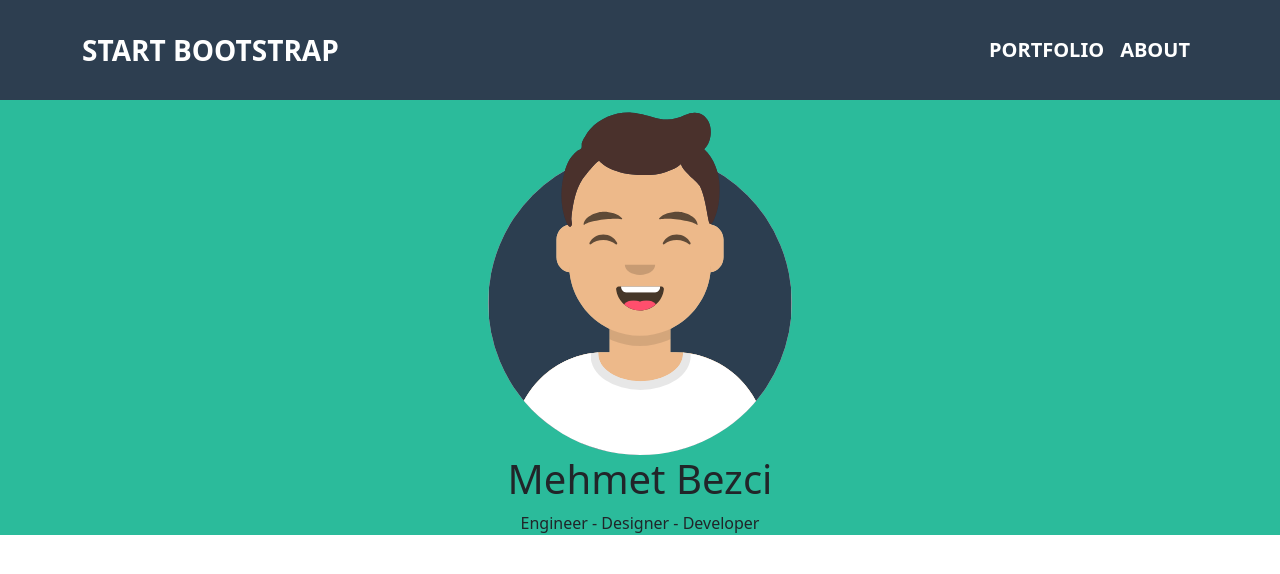
Repository: 7JaxeN7/WT-1255P-Mehmet_BEZC-
Page: index.html
These files come from the project's save history. The page is drawn as it stood at one moment and after a run of saves; the edit follows.
The browser window is 1280 px wide. The pictures show the whole page.

Above is the page before, as saved 2025-01-06 21:07:10.

### index.html
<!DOCTYPE html>
<html lang="tr">

<head>
  <meta charset="UTF-8">
  <meta name="viewport" content="width=device-width, initial-scale=1.0">
  <link rel="stylesheet" href="style.css">
  <link href="https://cdn.jsdelivr.net/npm/bootstrap@5.3.3/dist/css/bootstrap.min.css" rel="stylesheet"
    integrity="sha384-QWTKZyjpPEjISv5WaRU9OFeRpok6YctnYmDr5pNlyT2bRjXh0JMhjY6hW+ALEwIH" crossorigin="anonymous">
  <title>Start Bootstrap</title>
</head>

<body>
  <!-- Navbar -->
  <header>
    <nav class="navbar navbar-expand-lg navbar-bg">
      <div class="container pt-3 pb-3">
        <a class="navbar-brand text-white fw-bolder fs-3" href="#">START BOOTSTRAP</a>
        <button class="navbar-toggler" type="button" data-bs-toggle="collapse" data-bs-target="#navbarNav"
          aria-controls="navbarNav" aria-expanded="false" aria-label="Toggle navigation">
          <span class="navbar-toggler-icon"></span>
        </button>
        <div class="collapse navbar-collapse" id="navbarNav">
          <ul class="navbar-nav ms-auto">
            <li class="nav-item">
              <a class="nav-link text-white fw-bolder fs-5" href="#">PORTFOLIO</a>
            </li>
            <li class="nav-item">
              <a class="nav-link text-white fw-bolder fs-5" href="#">ABOUT</a>
            </li>
          </ul>
        </div>
      </div>
    </nav>
  </header>
  <!-- Herosection -->
   <div class="herosection-bg">
    <div class="container text-center">
      <img src="/assets/img/avataaars.svg" width="30%"/>
    <h1>Mehmet Bezci</h1>
    <p>Engineer - Designer - Developer</p>
    </div>
   </div>
  <!-- Burası bootstrap script kısmı -->
  <script src="https://cdn.jsdelivr.net/npm/bootstrap@5.3.3/dist/js/bootstrap.bundle.min.js"
    integrity="sha384-YvpcrYf0tY3lHB60NNkmXc5s9fDVZLESaAA55NDzOxhy9GkcIdslK1eN7N6jIeHz"
    crossorigin="anonymous"></script>
</body>

</html>

### style.css
.navbar-bg {
  background-color: #2d3e50 !important;
}
.herosection-bg{
    background-color: #2bbb9b ;
}

After the next 2 saves:
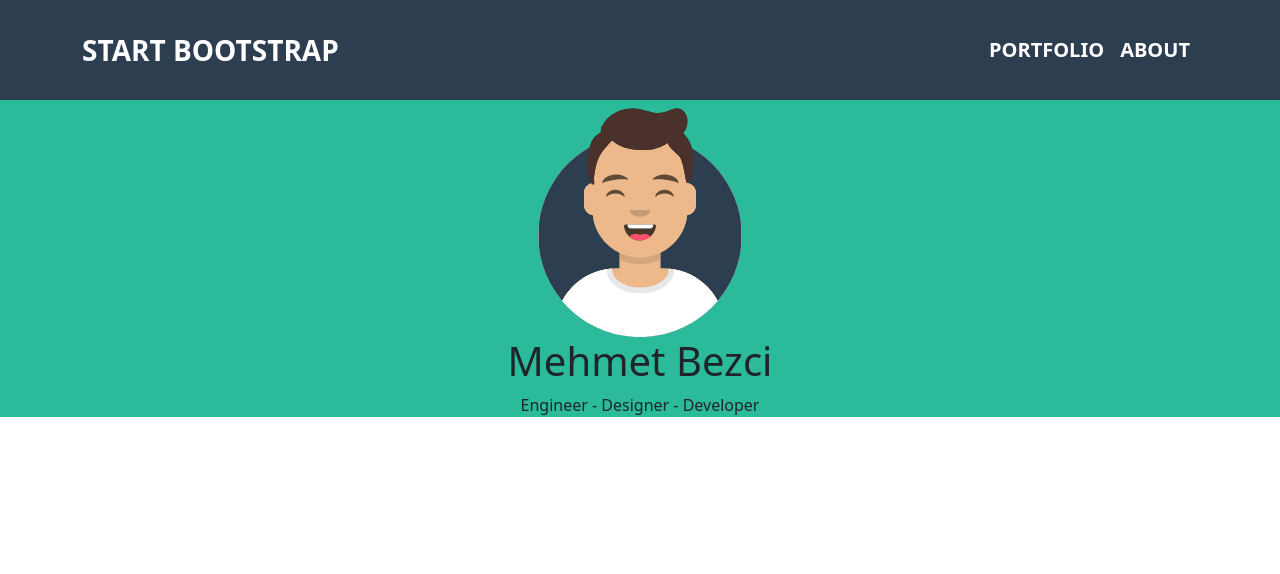
The 2 saves are shown as one change because they came seconds apart.
The last was saved 50 s later.
--- a/index.html
+++ b/index.html
@@ -36,7 +36,7 @@
   <!-- Herosection -->
    <div class="herosection-bg">
     <div class="container text-center">
-      <img src="/assets/img/avataaars.svg" width="30%"/>
+      <img src="/assets/img/avataaars.svg" width="20%"/>
     <h1>Mehmet Bezci</h1>
     <p>Engineer - Designer - Developer</p>
     </div>
